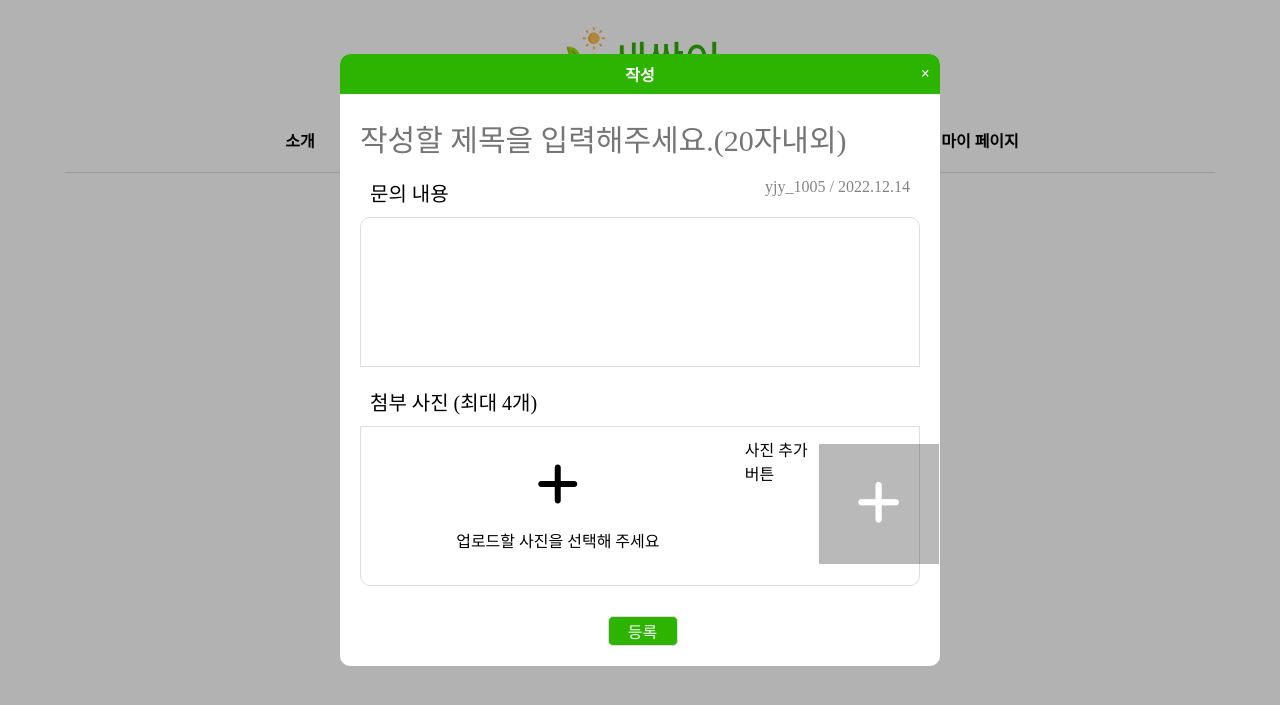
Repository: Seedye/Seedye
Page: team/src/main/webapp/html/board/board-write.html
The author's editor kept a copy of each file at every save. The page is drawn from the files as they stood at one save, then again after the next save.
The browser window is 1280 px wide. The pictures show the whole page.
Some web fonts or font styles are not loaded; a fallback is used. Some web libraries are served in a nearby version.

Above is the page before, as saved 2022-12-19 09:30:42.

### team/src/main/webapp/html/board/board-write.html
<!DOCTYPE html>
<html lang="en">
<head>
  <meta charset="UTF-8">
  <meta http-equiv="X-UA-Compatible" content="IE=edge">
  <meta name="viewport" content="width=device-width, initial-scale=1.0">
  <link rel="stylesheet" href="../../resources/css/header.css">
  <link rel="stylesheet" href="../../resources/css/board/board-write-style.css">
  <title>게시물 작성 모달</title>

  <script src="https://kit.fontawesome.com/95f413b465.js" crossorigin="anonymous"></script>

</head>
<body>
  <header>
    <!-- 헤더 -->
    <section id="header-container">
        <!-- 로고 -->
        <section id="header-section">
            <a href="#"><img id="logo" src="../../resources/images/새싹이.png"></a>
            <a href="#" id="logo-content">새싹이</a>
        </section>
        <!-- 메뉴창 -->
        <nav id="nav-bar">
            <ul>
                <li><a href="#"></a>소개</li>
                <li><a href="#"></a>공지사항</li>
                <li><a href="../board/board-list.html"></a>커뮤니티</li>
                <li><a href="#"></a>식당 등록 문의</li>
                <li><a href="#"></a>마이 페이지</li>
                <!-- <li><a href="#"></a>관리자</li> -->
                <!-- <li><a href="#"></a>후원</li> -->
            </ul>
        </nav>
    </section>
  </header>
  <div class="board-view-modal">
    <div class="board-view-area">
      <!-- /* 상세보기 */ -->
      <div class="board-view-title">
        <p class="board-view-x-hidden">&times;</p>
        <p>작성</p>
        <p class="board-view-x">&times;</p>
      </div>

      <!-- /* 상세보기 내용 */ -->
      <div class="board-view-content-all">
        <div class="board-view-title-detail-answer">
          <!-- <p>[ </p> -->
          <input type="text" placeholder="작성할 제목을 입력해주세요.(20자내외)">
          <!-- <p> ]</p> -->
      </div>

      <div class="board-view-title-detail-answer">
        <div class="board-view-content-detail-answer">
          <div class="board-view-content-content">
            <p>문의 내용</p>
            <p>yjy_1005 / 2022.12.14</p>
          </div>
          <div class="board-view-content-text">
            <textarea></textarea>

          </div>
        </div>
      </div>

      <div class="board-view-title-detail-answer">
        <div class="board-view-content-detail-answer">
          <div class="board-view-content-content">
            <p>첨부 사진 (최대 4개)</p>
            <!-- <p>2022.12.15</p> -->
          </div>

              <div class="board-view-content-img-area" id="boardViewContentImgArea">
              <!-- <div></div> -->
              <!-- 파일선택 div -->
                <div class="board-view-content-img-select" id="boardViewContentImgSelect">
                  <label for="inputFile">
                    <i class="fa-solid fa-plus fa-3x"></i>
                    <p>업로드할 사진을 선택해 주세요</p>
                  </label>
                  <input type="file" id="inputFile" multiple="multiple" hidden>
                </div>
                <!-- 이미지미리보기 -->
                <!-- <div class="board-view-content-img">
                  <div class="board-Write-img-delete">&times;</div>

                  <img src="../../resources/images/게시판테스트img1.jpg" alt="">
                </div>
                <div class="board-view-content-img">
                  <div class="board-Write-img-delete">&times;</div>
                  <img src="../../resources/images/게시판테스트img2.jpg" alt="">
                </div>
                <div class="board-view-content-img">
                  <div class="board-Write-img-delete">&times;</div>
                  <img src="../../resources/images/게시판테스트img3.jpg" alt="">
                </div>
                <div class="board-view-content-img">
                  <div class="board-Write-img-delete">&times;</div>
                  <img src="../../resources/images/게시판테스트img3.jpg" alt="">
                </div>
              -->
                사진 추가 버튼
                <div class="board-view-content-img">
                  <div class="board-Write-img-delete">
                    <label for="addInputFile">
                      <i class="fa-solid fa-plus fa-1x"></i>
                    </label>
                    <input type="file" id="addInputFile" multiple="multiple" hidden>
                  </div>
                </div>



              </div>


        </div>
      </div>

      </div>
      <div class="board-view-content-delete-update">
        <div class="board-view-btn">
          등록
        </div>
        <!-- <div class="board-view-btn">
          수정
        </div> -->
      </div>
    </div>
  </div>
<script src="../../resources/js/board.js"></script>
</body>

</html>

### team/src/main/webapp/resources/css/header.css

@font-face {
    font-family: 'yg-jalnan';
    src: url('https://cdn.jsdelivr.net/gh/projectnoonnu/noonfonts_four@1.2/JalnanOTF00.woff') format('woff');
    font-weight: normal;
    font-style: normal;
}


@font-face {
    font-family: 'NIXGONM-Vb';
    src: url('https://cdn.jsdelivr.net/gh/projectnoonnu/noonfonts_six@1.2/NIXGONM-Vb.woff') format('woff');
    font-weight: normal;
    font-style: normal;
}

*{
    box-sizing: border-box;
    margin: 0;
    padding: 0;
}

header{
    position: sticky;
    top: 0;
    background-color: white;
    z-index: 1000;
}

body{
    display: flex;
    justify-content: center;
    align-items: center;
    flex-direction: column;
}

#header-section{
    width: 100%;
    display: flex;
    justify-content: center;
    align-items: center;
    margin-top: 20px;
}

#logo{
    width: 50px;
    height: 50px;
}

#logo-content{
    color: #2db400;
    -webkit-text-stroke: 1px white;
    text-decoration: none;
    font-weight: bold;
    font-family: yg-jalnan;
    font-size: 40px;
    padding-top: 10px;
}

#nav-bar{
    display: flex;
    justify-content: center;
    margin: 20px 0px  0px  0px;
}

#nav-bar > ul {
    /* width: 100vw; */
    display: flex;
    justify-content: space-between;
    font-weight: bold;
    border-bottom: 1px solid #ddd;
    padding: 0px 150px;
}

#nav-bar > ul > li{
    font-family: NIXGONM-Vb;
    float: left;
    display: flex;
    justify-content: center;
    padding: 20px 35px;
    border-radius: 6px;
    cursor: pointer;
    width: 170px;
    height: auto;
}

#nav-bar > ul > li:hover{
    background-color: rgba(45, 180, 0, 0.6);
    color: white;
    transition-duration: 0.3s;
}

footer {
    width: 1200px;
    height: 134px;
    color: gray;
    font-size: var(--small-font-size);
    padding: 20px 0;

    display: flex;
    flex-direction: column;
    justify-content: space-around;
    align-items: center;

    /* position: absolute; */
    bottom: 0;

    border-top: 1px solid #ddd;
  }

  footer a {
    color: gray;
  }

### team/src/main/webapp/resources/css/board/board-write-style.css
*{
  font-family: "NIXGONM-Vb";
}
.board-view-modal{
  top: 0; left: 0;
  position: absolute;
  width: 100vw;
  height: 100vh;
  background-color: rgba(0, 0, 0, 0.3);

  /* display: none; */
  display: flex;
  align-items: center;
  justify-content: center;
  z-index: 1000;
}
/* 상세보기 흰영역 */
.board-view-area{
  width: 40vw;
  /* height: 30vw; */
  max-width: 600px;
  min-width: 600px;
  min-height: 300px;
  /* max-height: 650px; */
  background-color: white;
  border-radius: 10px;
  /* overflow: auto; */
  overflow: hidden;
  margin: auto;
}
/* 상세보기 제목 위에 초록*/
.board-view-title{
  width: 100%;
  height: 40px;
  background-color:  #2db400;
  display: flex;
  align-items: center;
  justify-content: space-between;
  color: white;
  font-weight: bold;

}
.board-view-x-hidden{
  color:  #2db400;
  padding-right: 10px;
}
.board-view-x{
  padding-right: 10px;
  cursor: pointer;
}
/* 초록색 아래부분 */
.board-view-content-all{
  padding: 20px;
  /* overflow: auto; */
}

.board-view-title-detail-answer > input{
  font-size: 30px;
  border: none;
  width: 100%;
  outline: none;
}
/* .board-view-title-detail-answer:first-child{
  display: flex;
} */
.board-view-content-all > *{
  padding: 10px 0 0 0;
}
.board-view-content-content{
  display: flex;
  justify-content: space-between;
  padding: 10px;
}
.board-view-content-text>textarea{
  width: 100%;
  height: 90%;
  border: none;
  outline: none;
  resize: none;
  font-size: 20px;
}
.board-view-content-text{
  height: 150px;
  padding: 10px;
  /* border-radius: 10px; */
  border-top-left-radius: 10px;
  border-top-right-radius: 10px;
  box-shadow: 10px;
  border: 1px solid #ddd;
  /* margin-bottom: 10px; */
  overflow: auto;
}
#boardViewContentText{
  /* margin-bottom: 10px; */

}
.board-view-content-content > p:nth-child(2){
  color:rgba(0, 0, 0, 0.486);
}
.board-view-content-content > p:nth-child(1){
  font-size: 20px;
}
.board-view-content-img-area{
  /* width: 1000px; */
  display: flex;
  height: 160px;
  padding: 10px;
  border-bottom-left-radius: 10px;
  border-bottom-right-radius: 10px;
  box-shadow: 10px;
  border: 1px solid #ddd;
  margin-bottom: 10px;
  /* overflow: auto; */
  /* display: none; */
}
.board-view-content-img{
  width: 120px;
  /* min-width: 90px; */
  height: 120px;
  /* background-color: red; */
  /* display: flex; */
  /* flex-direction: column; */
  margin: 7px;
  cursor: pointer;
  /* display: none; */
}
.board-view-content-img :hover{
  background-color: #2db40025;
}
.board-view-content-img > img{
  /* position: absolute; */
  width: 100%;
  height: 100%;
  object-fit: cover;
}
/* 삭제 수정 버튼 */
.board-view-content-delete-update{
  display: flex;
  justify-content: center;
}
.board-view-btn{
  display: flex;
  justify-content: center;
  align-items: center;
  width:70px;
  height: 30px;
  border-radius: 5px;
  margin-left: 5px;
  margin-bottom: 20px;
  border: 1px solid #ddd;
  cursor: pointer;
  background-color: #2db400;
  color: whitesmoke;
}
.board-view-btn:hover{
  transition-duration: 0.2s;
  background-color: #2aa800;
  box-shadow: 1px 1px 1px 1px rgb(206, 204, 204);
  border:none;
}

.board-view-content-img-select{
  width: 100%;
  height: 100%;
  display: flex;
  justify-content: center;
  align-items: center;
  flex-direction: column;
  color: black;
  cursor: pointer;
}
.board-view-content-img-select > label{

  display: flex;
  justify-content: center;
  align-items: center;
  flex-direction: column;
  color: black;
  cursor: pointer;

}

.board-view-content-img-select >label> i{
  margin-bottom: 20px;

}

/* .board-view-content-img-area > div{
  position: absolute;w
  width: 100%;
  height: 100%;
  background-color: rgba(0, 0, 0, 0.212);
  box-shadow: 1px 1px 1px px yellow;
} */

.board-Write-img-delete{
  position: absolute;
  width: 120px;
  height: 120px;
  background-color: rgba(0, 0, 0, 0.274);
  color: white;
  font-size: 50px;
  font-weight: bold;

  display: flex;
  justify-content: center;
  align-items: center;
}

### team/src/main/webapp/resources/js/board.js
const inputFile = document.getElementById("inputFile"); // 글쓰기 파일 선택
const boardViewContentImgSelect = document.getElementById("boardViewContentImgSelect"); // 업로드할 사진을 선택해주세요 문구 나오는 곳
const boardViewContentImgArea = document.getElementById("boardViewContentImgArea");//파일 넣고 합치기 할때
// 파일 선택
inputFile.addEventListener("change", (e)=>{

  if(e.target.files[0] != undefined){
    boardViewContentImgSelect.style.display="none";
    var filesLength = parseInt(e.target.files.length);
    if(filesLength <4){
      // <div class="board-view-content-img">
      //   <div class="board-Write-img-delete">
      //     <label for="addInputFile">
      //       <i class="fa-solid fa-plus fa-3x"></i>
      //     </label>
      //     <input type="file" id="addInputFile" multiple="multiple" hidden>
      //   </div>
      // </div>
      const contentImgDiv = document.createElement("div");
      const ImgDeleteDiv = document.createElement("div");
      const addInputFileLabel = document.createElement("label");
      const ImgAddI = document.createElement("i");
      const addFileHiddenInput = document.createElement("input");

      contentImgDiv.classList.add("board-view-content-img");
      ImgDeleteDiv.classList.add("board-Write-img-delete");
      addInputFileLabel.setAttribute("for", "addInputFile");
      ImgAddI.innerHTML='<i class="fa-solid fa-plus fa-1x"></i>'
      addFileHiddenInput.setAttribute("type", "file");
      addFileHiddenInput.setAttribute("id", "addInputFile");
      addFileHiddenInput.setAttribute("multiple", "multiple");

      addInputFileLabel.append(ImgAddI);
      ImgDeleteDiv.append(addInputFileLabel,addFileHiddenInput);
      boardViewContentImgArea.append(contentImgDiv);

    }
    for(let i=0; i < e.target.files.length; i++){
      // 이벤트 발생한 파일 길이 만큼 for문 돌림

      const reader = new FileReader(); // 파일 읽는 객체
      reader.readAsDataURL(e.target.files[i]); // 파일 정보를 불러와서 URL형태로 저장

      reader.onload = (e) => {
        // <div class="board-view-content-img">
        //   <div class="board-Write-img-delete">&times;</div>

        //   <img src="../../resources/images/게시판테스트img1.jpg" alt="">
        // </div>

        const contentImgDiv = document.createElement("div");
        const ImgDeleteDiv = document.createElement("div");
        const fileImg = document.createElement("img");

        contentImgDiv.classList.add("board-view-content-img");
        ImgDeleteDiv.classList.add("board-Write-img-delete");
        fileImg.setAttribute("src", e.target.result);

        // 조립하기
        ImgDeleteDiv.append('X');
        contentImgDiv.append(ImgDeleteDiv, fileImg);
        boardViewContentImgArea.append(contentImgDiv);

      }

      console.log(e.target.files.length);
    }


  }

});

After the next save:
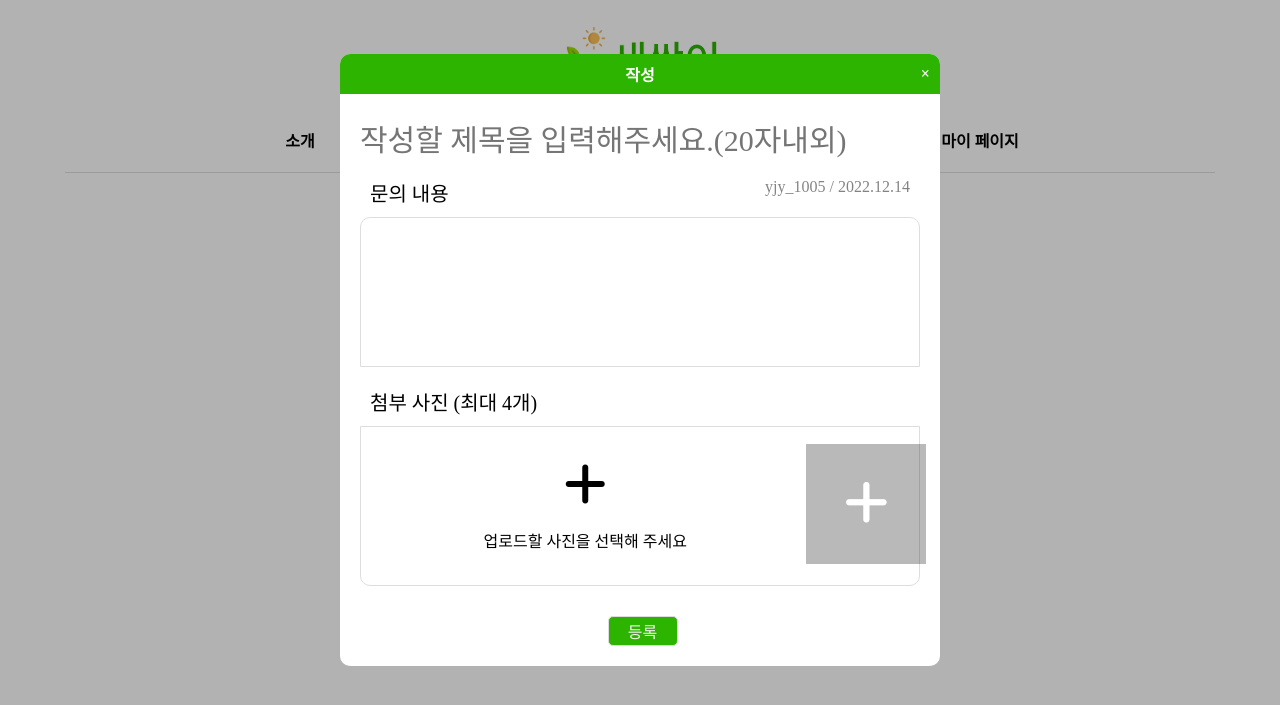
Saved 50 s later.
--- a/team/src/main/webapp/html/board/board-write.html
+++ b/team/src/main/webapp/html/board/board-write.html
@@ -100,7 +100,7 @@
                   <img src="../../resources/images/게시판테스트img3.jpg" alt="">
                 </div>
               -->
-                사진 추가 버튼
+                <!-- 사진 추가 버튼 -->
                 <div class="board-view-content-img">
                   <div class="board-Write-img-delete">
                     <label for="addInputFile">
